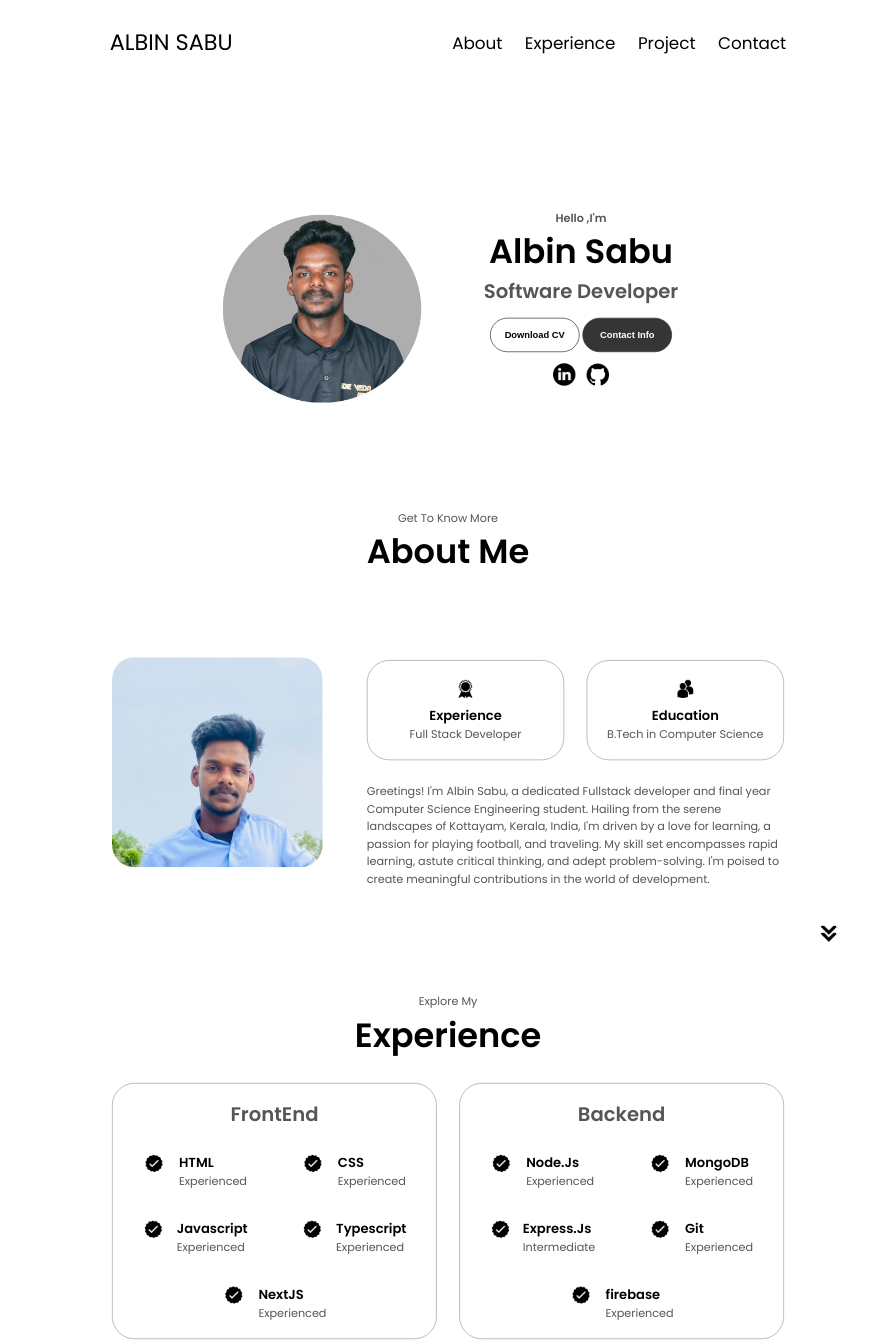
Repository: albinsabu2023/albinsabu
Page: index.html
These files come from the project's save history. The page is drawn as it stood at one moment and after the next save; the edit follows.
The browser window is 1280 px wide. The pictures show the part of the page from y = 0 to 1920 px (the page is 3499 px tall before and 3521 px after), at 70% of full size.
A picture or video elsewhere on the page could not be fetched, so the positions and the page height are approximate.

Above is the page before, as saved 2023-08-30 14:06:17.

After the next save:
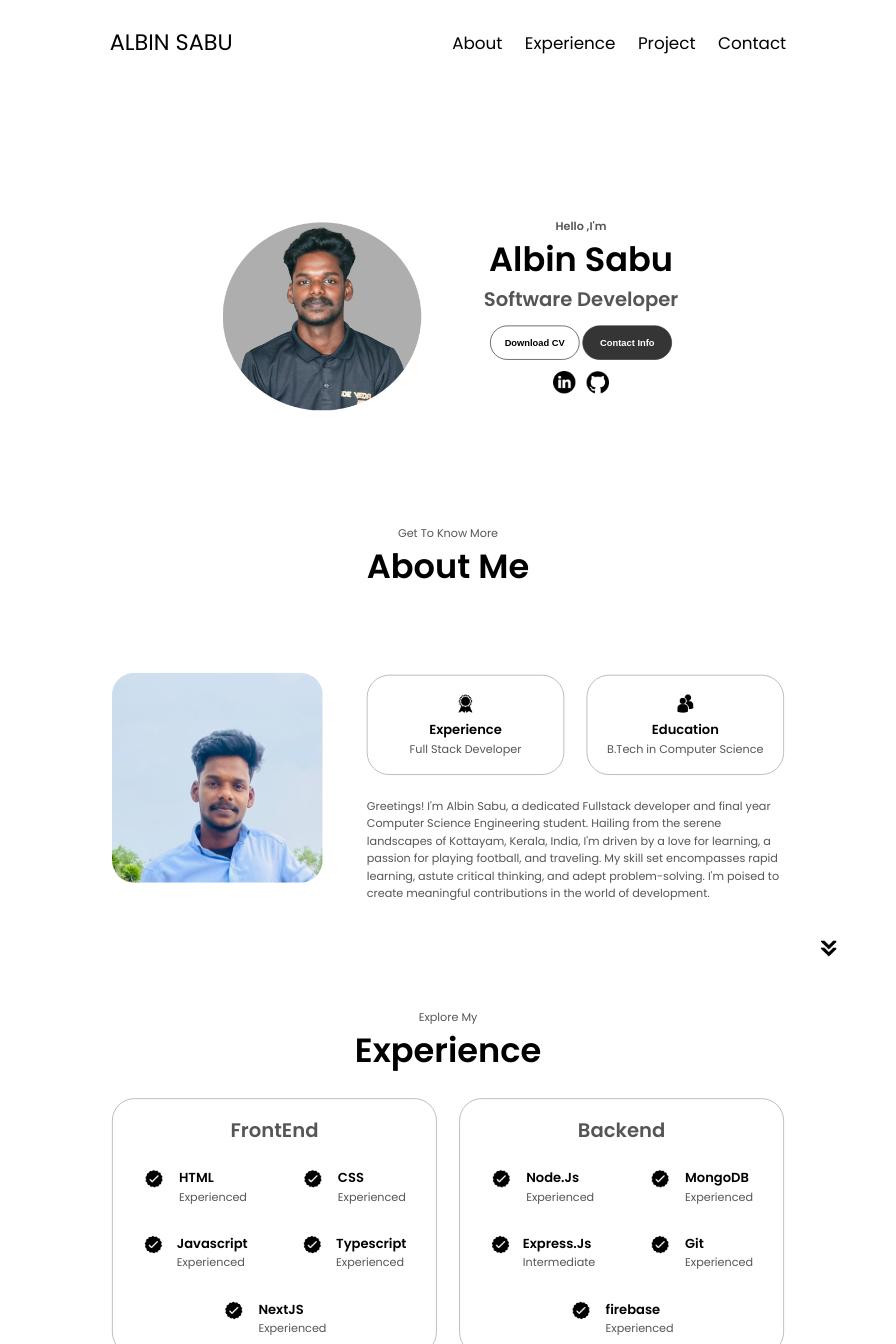
Saved 4 min 18 s later.
--- a/mediaqueries.css
+++ b/mediaqueries.css
@@ -1,3 +1,10 @@
+@media screen and (max-width:1400px) {
+   #profile{
+    height:83vh;
+
+    }
+}
+
 @media screen and (max-width:1200px){
     #desktop-nav{
         display: none;
